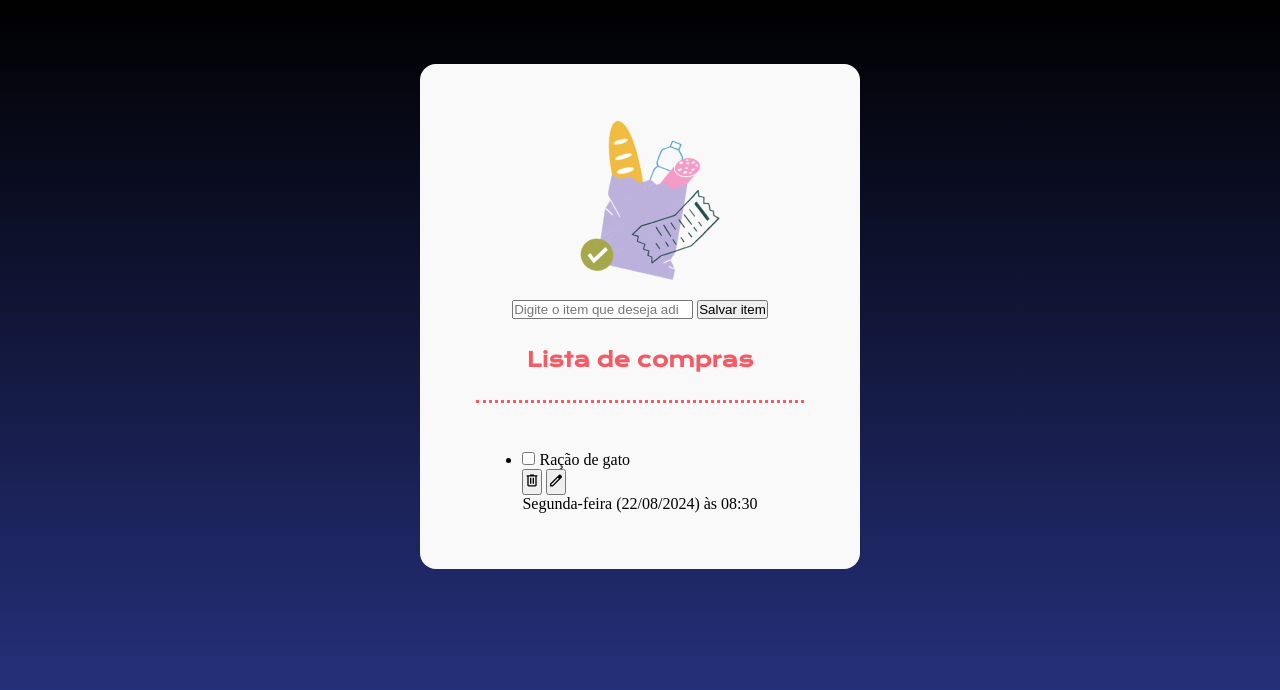
Repository: joaoPraiaJunior/compras_js
Page: index.html
These files come from the project's save history. The page is drawn as it stood at one moment and after the next save; the edit follows.
The browser window is 1280 px wide. The pictures show the whole page.
Some web fonts or font styles are not loaded; a fallback is used.

Above is the page before, as saved 2024-08-22 20:01:08.

After the next save:
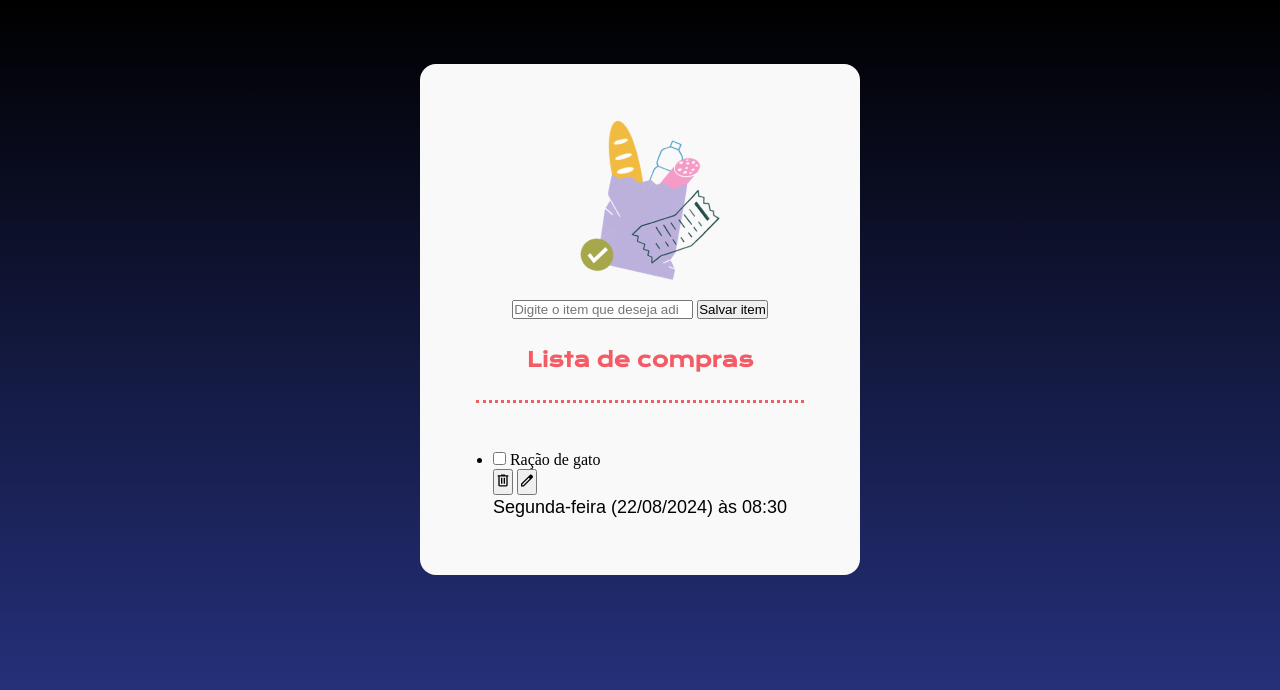
Saved 2 min 18 s later.
--- a/css/styles.css
+++ b/css/styles.css
@@ -62,3 +62,11 @@ hr {
     margin-bottom: 2.4rem;
     width: 100%;
 }
+
+p {
+    font-family: var(--fonte-texto);
+    font-size: 1.8rem;
+    font-weight: 400;
+    text-align: left;
+    line-height: 2.4rem;
+}
